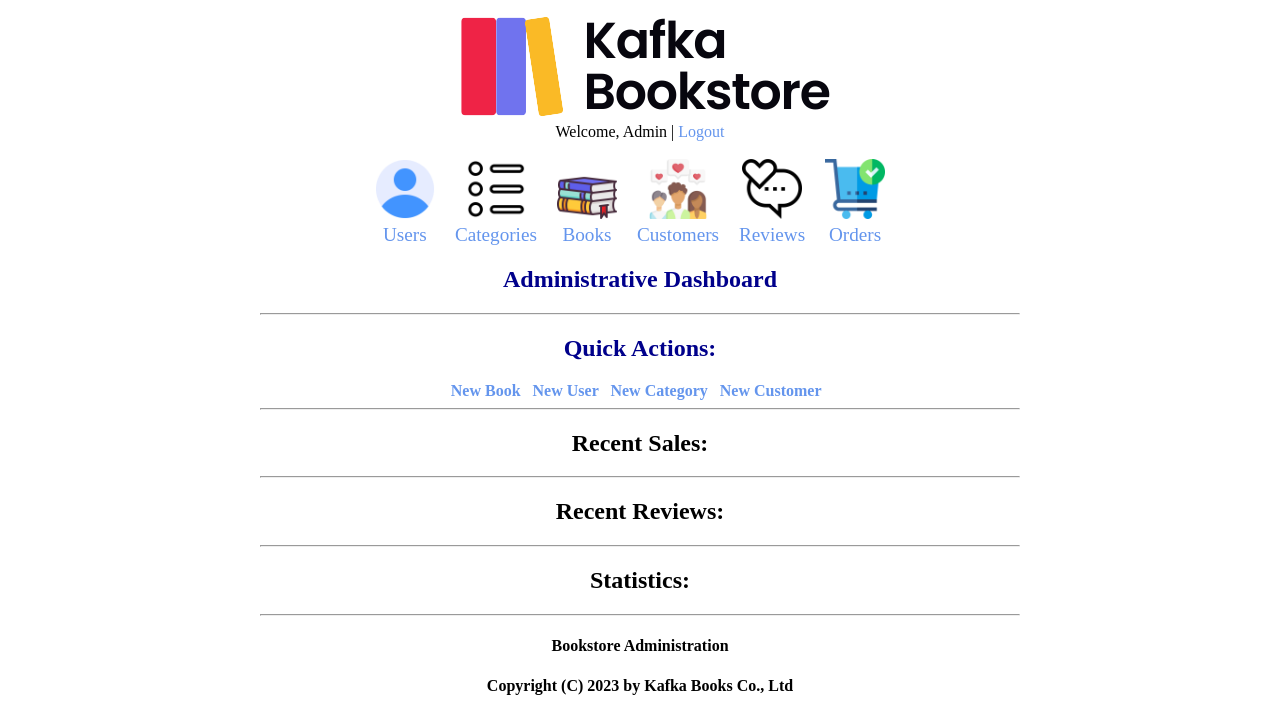
Repository: janvi2502/BookStore
Page: http://localhost/BookStoreWebsite/admin/
An editor plug-in stored every save of this project. The page is shown before and after the next save, followed by the edit.
The browser window is 1280 px wide. The pictures show the whole page.
The page is served by Tomcat 10. Nobody is signed in. The application's start-up code is not run. Other server files are loaded and not shown.

Above is the page before, as saved 2023-12-28 10:52:34.

### BookStoreWebsite/WebContent/admin/index.jsp
<%@ page language="java" contentType="text/html; charset=UTF-8"
	pageEncoding="UTF-8"%>
<!DOCTYPE html>
<html>
<head>
<meta charset="UTF-8">
<title>Kafka Bookstore Administration</title>
<link rel="stylesheet" href="../css/style.css">
</head>
<body>
	<jsp:directive.include file="header.jsp" />
	<div align="center">
		<h2 class="pageheading">Administrative Dashboard</h2>
	</div>

	<div align="center">
		<hr width="60%" />
		<h2 class="pageheading">Quick Actions:</h2>
		<b> <a href="create_book">New Book</a> &nbsp; <a
			href="create_user">New User</a> &nbsp; <a href="create_category">New
				Category</a> &nbsp; <a href="create_customer">New Customer</a> &nbsp;
		</b>
	</div>

	<div align="center">
		<hr width="60%" />
		<h2>Recent Sales:</h2>
	</div>
	<div align="center">
		<hr width="60%" />
		<h2>Recent Reviews:</h2>
	</div>
	<div align="center">
		<hr width="60%" />
		<h2>Statistics:</h2>
		<hr width="60%" />
	</div>
	<jsp:directive.include file="footer.jsp" />
</body>
</html>

### BookStoreWebsite/WebContent/admin/header.jsp
<div align="center">
	<div>
		<img src="../images/Kafka2.png" />
	</div>

	<div>
		Welcome, Admin | <a href="logout">Logout</a> <br /> <br />
	</div>
	<div id="header_menu">
		<div>
			<a href="list_users">
				<img id = "menu_img" src="../images/user.png" /><br/> Users
			</a>
		</div>
		<div>
			<a href="list_category">
				<img id = "menu_img" src="../images/list.png" /> <br/> Categories
			</a>
		</div>
		<div>
			<a href="books">
				<img id = "menu_img" src="../images/book.png"/> <br/>Books
			</a>
		</div>
		<div>
			<a href="customer">
				<img id = "menu_img" src="../images/rating.png" /> <br/> Customers
			</a>
		</div>
		<div>
			<a href="reviews">
				<img id = "menu_img" src="../images/review.png" /> <br/>Reviews
			</a>
		</div>
		<div>
			<a href="orders">
				<img id = "menu_img" src="../images/order.png" /> <br/>Orders
			</a>
		</div>

	</div>
</div>

### BookStoreWebsite/WebContent/admin/footer.jsp
<div align="center">
	<h4>Bookstore Administration</h4>
	<h4>Copyright (C) 2023 by Kafka Books Co., Ltd</h4>
</div>

### BookStoreWebsite/WebContent/css/style.css
@charset "UTF-8";

#header_menu {
	display:table;
}

#header_menu div{
	display:table-cell;
	padding-right: 20px;
}

#menu_img{
	width: 60px;
}

a:link{
	color: cornflowerBlue;
	text-decoration: none;
}

a:visited{
	color: indigo;
}

a:hover{
	color: blue;
	text-decoration: underline;
}

a:active{
	color: red;
}

#header_menu a:link{
	font-size: larger;
}

.pageheading{
	color: darkblue;
}

After the next save:
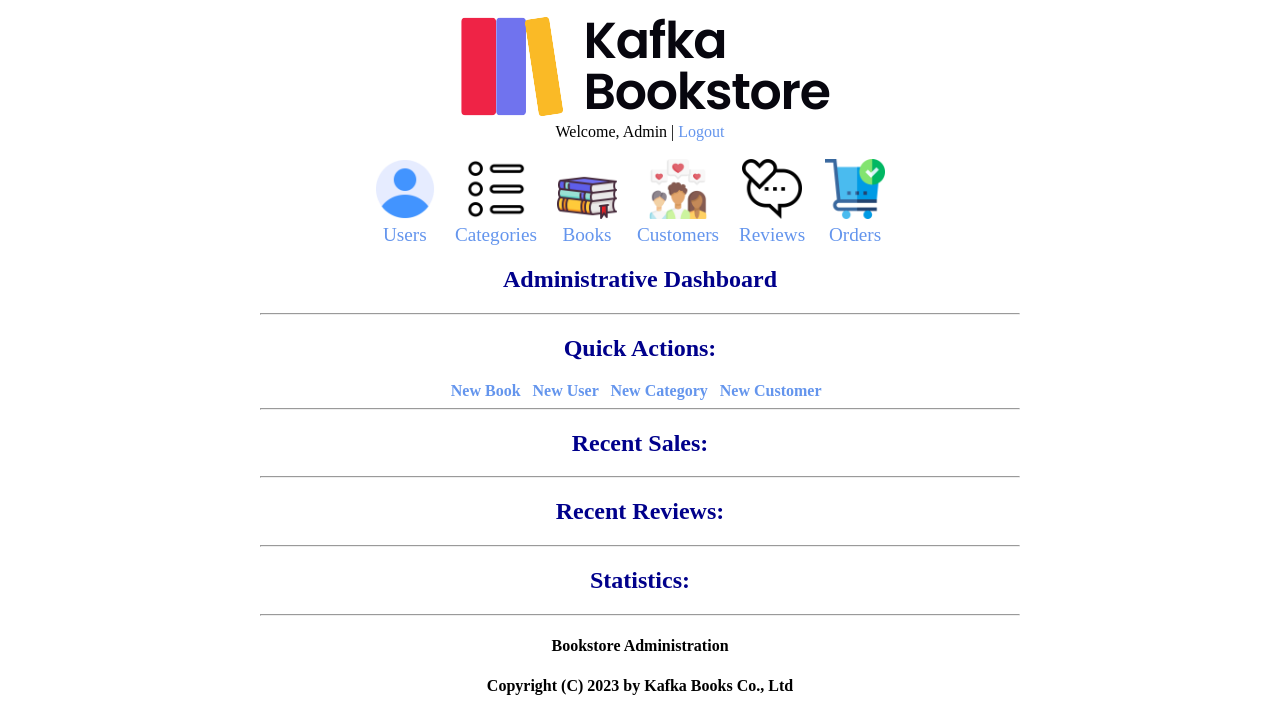
Saved 13 s later.
--- a/BookStoreWebsite/WebContent/admin/index.jsp
+++ b/BookStoreWebsite/WebContent/admin/index.jsp
@@ -24,15 +24,15 @@
 
 	<div align="center">
 		<hr width="60%" />
-		<h2>Recent Sales:</h2>
+		<h2 class="pageheading">Recent Sales:</h2>
 	</div>
 	<div align="center">
 		<hr width="60%" />
-		<h2>Recent Reviews:</h2>
+		<h2 class="pageheading">Recent Reviews:</h2>
 	</div>
 	<div align="center">
 		<hr width="60%" />
-		<h2>Statistics:</h2>
+		<h2 class="pageheading">Statistics:</h2>
 		<hr width="60%" />
 	</div>
 	<jsp:directive.include file="footer.jsp" />
